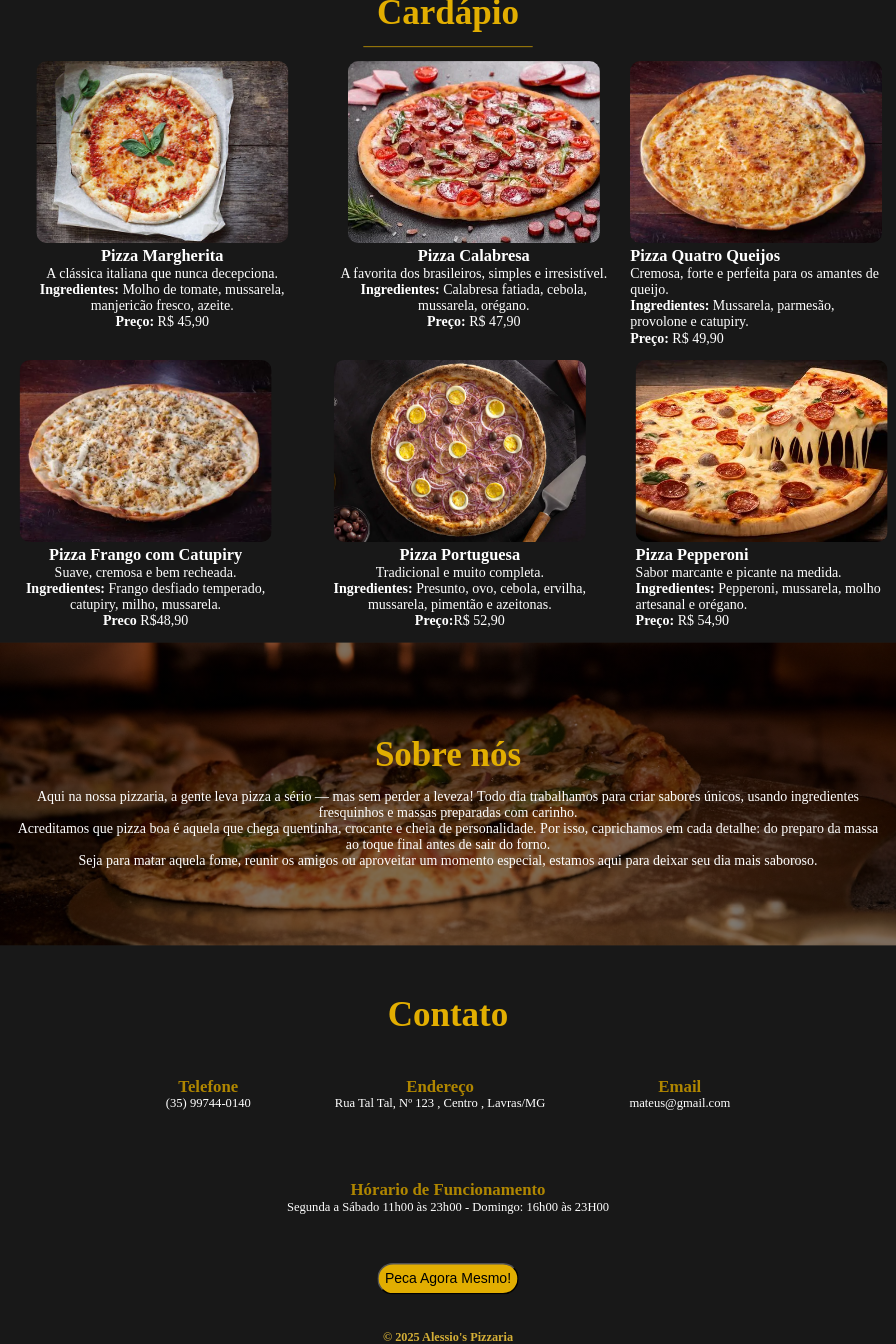
Repository: Mateushlp/landing-page-pizza
Page: index.html
An editor plug-in stored every save of this project. The page is shown before and after a run of saves, followed by the edit.
The browser window is 1280 px wide. The pictures show the part of the page from y = 1026 to 2946 px (the page is 2946 px tall before and 2928 px after), at 70% of full size.

Above is the page before, as saved 2026-05-03 11:40:11.

### index.html
<!DOCTYPE html>
<html lang="en">
<head>
    <meta charset="UTF-8">
    <meta name="viewport" content="width=device-width, initial-scale=1.0">
    <link rel="stylesheet" href="style.css">
    <title>Document</title>
</head>
<body>
    <header>
        <nav>
            <ul>
                <li> <a href="http://"> Home</li></a>
                <li> <a href="http://">Cardapio</li></a>
                <li> <a href="http://">Sobre Nos</li></a>
                <li> <a href="http://">Contato</li></a>
            </ul>
        </nav>
    </header>

    <section class="inicio">
        <div class="texto">
        <h1>Bem vindo à Alessio's</h1>
        <p>Saborosas pizzas feitas </p>
        <button class="btn1">Ver Cardapio</button>
        </div>
    </section>

    <section class="cardapio">
        <h2 class="cardapio1">Cardápio</h2>
    </section>

    <div class="prato">
        <div class="pratos1">
            <img src="./img/margherita-pizza.jpg" alt="">
            <h3>Pizza Margherita</h3>
            <p> A clássica italiana que nunca decepciona. <br>
          <strong>Ingredientes:</strong>  Molho de tomate, mussarela, manjericão fresco, azeite. <br>
        <strong>Preço:</strong> R$ 45,90
    </p>
        </div>
            <div class="pratos2">
                <img src="./img/3140217-pizza-calabresa.jpg" alt="">
                <h3>Pizza Calabresa</h3>
                <p>A favorita dos brasileiros, simples e irresistível. <br>
                <strong>Ingredientes:</strong> Calabresa fatiada, cebola, mussarela, orégano. <br>
                    <strong>Preço:</strong> R$ 47,90
            </p>
            </div>
                <div class="pratos3">
                    <img src="./img/Quatro-Queijos.jpg" alt="">
                    <h3>Pizza Quatro Queijos</h3>
                    <p>Cremosa, forte e perfeita para os amantes de queijo. <br>
                    <strong>Ingredientes:</strong>  Mussarela, parmesão, provolone e catupiry. <br>
                        <strong>Preço: </strong>R$ 49,90
                </p>
                </div>
                </div>

                <div class="prato2">
                <div class="pratos1">
                    <img src="./img/Frango-com-Catupiry-2.jpg" alt="">
                    <h3>Pizza Frango com Catupiry</h3>
                    <p>Suave, cremosa e bem recheada. <br>
                   <strong>Ingredientes:</strong> Frango desfiado temperado, catupiry, milho, mussarela. <br>
                   <strong>Preco </strong> R$48,90
                </p>
                </div>
                <div class="pratos2">
                    <img src="./img/pizza-portuguesa.jpg" alt="">
                    <h3>Pizza Portuguesa</h3>
                    <p>Tradicional e muito completa. <br>
                   <strong>Ingredientes:</strong>  Presunto, ovo, cebola, ervilha, mussarela, pimentão e azeitonas. <br>
                    <strong>Preço:</strong>R$ 52,90
                </p>
                </div>
                <div class="pratos3">
                    <img src="./img/the-pepperoni-pizza-and-a-piece-of-streched-cheese-pizza-with-ai-generated-free-photo.jpg" alt="">
                    <h3>Pizza Pepperoni</h3>
                    <p>Sabor marcante e picante na medida. <br>
                  <strong>Ingredientes:</strong>   Pepperoni, mussarela, molho artesanal e orégano. <br>
                <strong>Preço:</strong> R$ 54,90</p>

                </div>
                </div>
                </div>




    <section class="sobre">
        <div class="sobre1">
        <h2>Sobre nós</h2>
        <p>Aqui na nossa pizzaria, a gente leva pizza a sério — mas sem perder a leveza!
        Todo dia trabalhamos para criar sabores únicos, usando ingredientes fresquinhos e massas preparadas com carinho. <br>

        Acreditamos que pizza boa é aquela que chega quentinha, crocante e cheia de personalidade. Por isso, caprichamos em cada
        detalhe: do preparo da massa ao toque final antes de sair do forno. <br>

        Seja para matar aquela fome, reunir os amigos ou aproveitar um momento especial, estamos aqui para deixar seu dia mais
        saboroso.</p>
    </div>
    </section>

<section id="contato" class="contato">
    <h2>Contato</h2>

    <div class="contato-info">
        <div class="box">
            <h3>Telefone</h3>
            <p>(35) 99744-0140</p>
        </div>

        <div class="box">
            <h3>Endereço</h3>
            <p>Rua Tal Tal, Nº 123 , Centro , Lavras/MG</p>
        </div>

        <div class="box">
            <h3>Email</h3>
            <p>mateus@gmail.com</p>
        </div>
            <div class="box">
                <h3>Hórario de Funcionamento</h3>
                <p>Segunda a Sábado 11h00 às 23h00 - Domingo: 16h00 às 23H00</p>
            </div>
    </div>
</section>
        <div class="pedir">
        <button class="btn2">Peca Agora Mesmo!</button>
        </div>


    <footer>
        <h3>&copy; 2025 Alessio's Pizzaria</h3>
    </footer>

</body>
</html>

### style.css
*{
    margin:0;
    padding: 0;
    box-sizing: border-box;
}
body{
    background-color: #181818;

}

nav ul {
    display: flex;
    gap: 25px;
    list-style: none;
    justify-content: center;
    font-size: 25px;
    padding: 10px;
     background: linear-gradient(to bottom, rgb(00, 0, 0), rgba(0,0,0,0.9));
}

nav ul a{
    text-decoration: none;
    color: #fff;
    margin-top: 10px;
}

nav ul a:hover{
    border-radius: 20px;
    background-color: #00000;
    color: #af8600;
}

.inicio{
     background:
        linear-gradient(rgba(0,0,0,0.5), rgba(0,0,0,0.5)),
        url(./img/background-meio.jpg);
    background-size: cover;
    background-position: center;
    height: 130vh;
}

.texto{
    display: flex;
    flex-direction: column;
    align-items: center;
    color: #fff;
    padding-top: 7%;
    padding-left: 6%;
    font-size: 40px;
}
.texto p{
    font-family: 'Lucida Sans', 'Lucida Sans Regular', 'Lucida Grande', 'Lucida Sans Unicode', Geneva, Verdana, sans-serif;
    font-size: 30px;

}
.btn1{
 background-color: #e2ae01;
 border-radius: 20px;
 font-size: 20px;
 margin-top: 30px;
 padding: 9px;
 cursor:pointer;
}
.btn1:hover{
background-color:#181818;
color: #e2ae01;
}
.cardapio{
    text-align: center;
    padding: 10px;
    font-size: 40px;
    color:#fff;
}
.cardapio1{
    display: inline-block;
    border-bottom: 1px solid #e2ae01;
    padding-top: 20px;
    padding-bottom:20px
}
.prato{
    margin: 10px;
    display: flex;
    gap: 30px;
    font-size: 20px;
    margin-bottom: 20px;
    color:#fff;
}

.prato2{
    margin: 10px;
    display: flex;
    gap: 30px;
    font-size: 20px;
    margin-bottom: 20px;
    color:#fff;
}


.prato img,
.prato2 img {
    width: 50vh;
    height: 260px;
    object-fit: cover;
    border-radius: 15px;

}
.pratos1,
.pratos2 {
    border-radius:20px
    width: 35%;
    text-align: center;
}

.sobre{
    background-image:
    linear-gradient(rgba(0,0,0,0.5), rgba(0,0,0,0.5)),
    url(./img/background.jpg);
    background-size: cover;
    background-position: center;
    height: 60vh; /* AUMENTE a altura */
    display: flex;
    flex-direction: column;
    justify-content: center; /* deixa no meio certinho */
    align-items: center;
    text-align: center;
}
}
.sobre1{
    display: flex;
    align-items: center;
    font-size: 40px;
    flex-direction: column;
    color: #fff;
}
.sobre1 ,h2{
    font-size:50px;
    color:#e2ae01;
    padding:20px
}
.sobre1 p{
    font-size: 20px;
    color:#fff;
}

.contato {
    padding: 50px 0;
    text-align: center;
    color:#fff;
}

.contato-info {
    display: flex;
    justify-content: center;
    gap: 60px;
    margin-top: 20px;
    flex-wrap: wrap;
    color:#fff;
}

.contato-info .box {

    padding: 20px 30px;
    border-radius: 15px;
    color:#fff;

}

.contato-info h3 {
    font-size: 24px;
    color: #af8600;

}

.contato-info p {
    font-size: 18px;
    color:#fff;
}

.pedir{
    display: flex;
    justify-content: center;
    align-items: center;
    text-align: center;
}
.btn2{
     background-color: #e2ae01;
 border-radius: 30px;
 font-size: 20px;
 margin-bottom: 50px;
 padding: 9px;
 cursor:pointer;

}
footer{
      background-color: #181818;
      color: #d4af37;
  text-align: center;
  padding: 15pxpx;
  font-size: 15px;

}

After the next 2 saves:
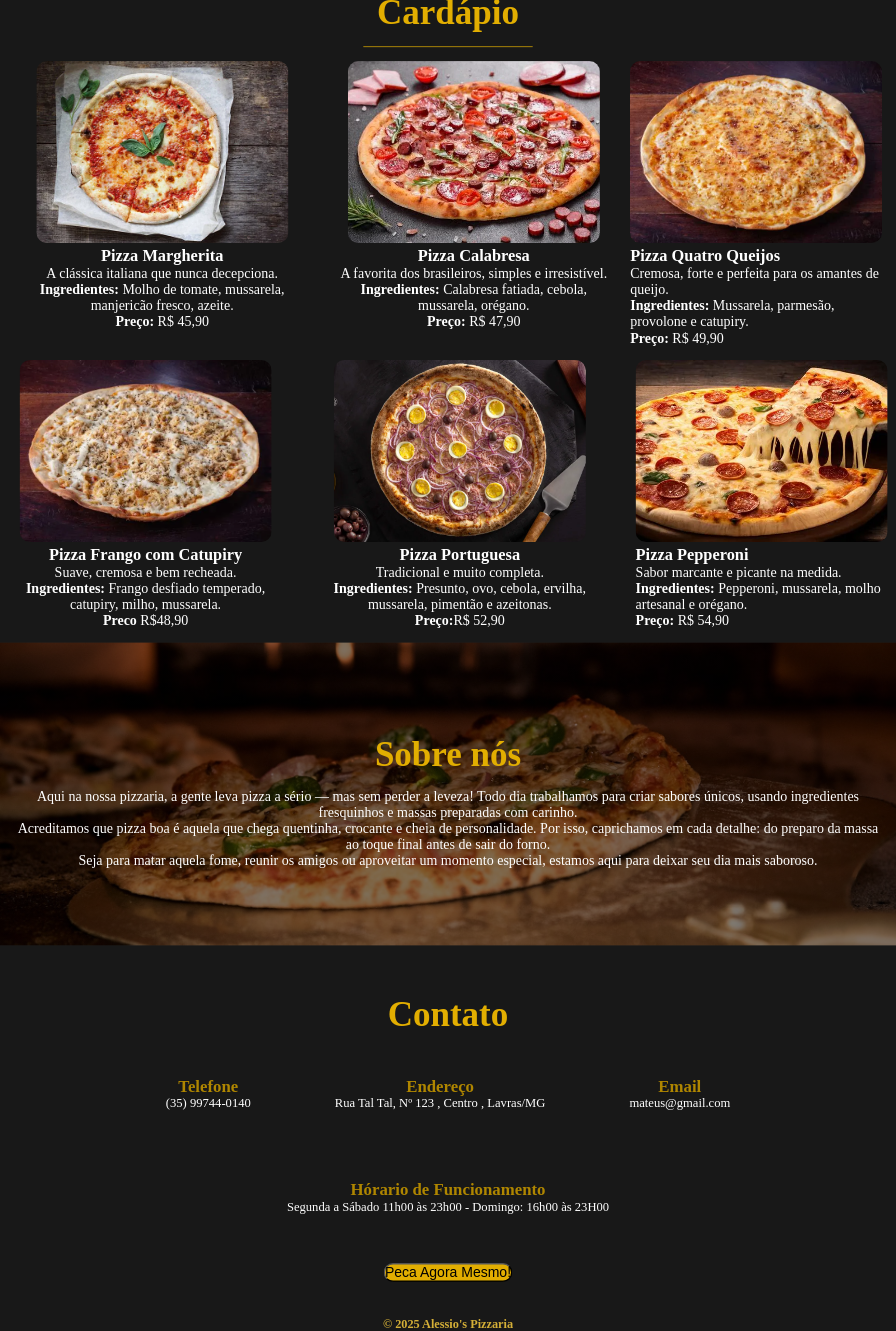
The 2 saves are shown as one change because they came seconds apart.
The last was saved 12 s later.
--- a/style.css
+++ b/style.css
@@ -187,7 +187,7 @@ color: #e2ae01;
  border-radius: 30px;
  font-size: 20px;
  margin-bottom: 50px;
- padding: 9px;
+ padding: 15pxpx;
  cursor:pointer;
 
 }
